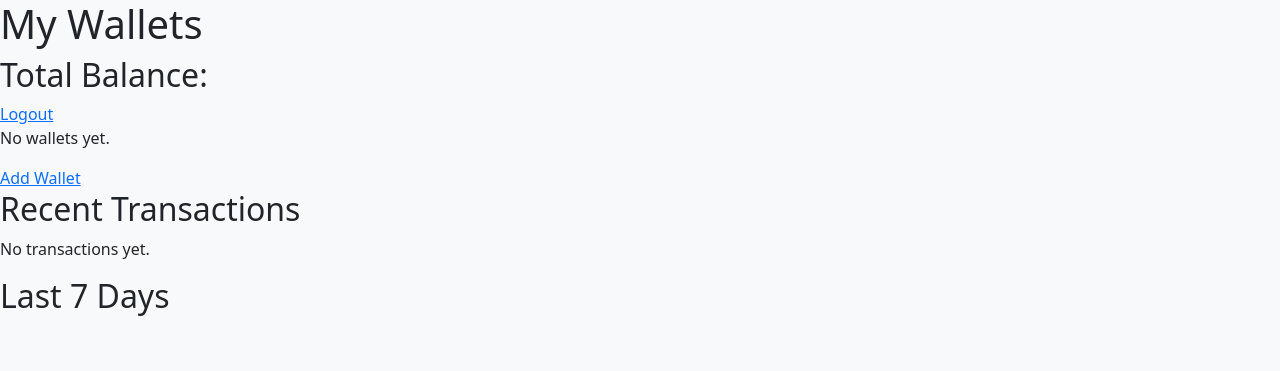
Repository: adtm0/Fined
Page: tracker/templates/tracker/base.html
These files come from the project's save history. The page is drawn as it stood at one moment and after a run of saves; the edit follows.
The browser window is 1280 px wide. The pictures show the whole page.
The template is drawn by Django 4.2. The application's start-up code is not run. The template is opened directly, without the code that normally fills it, so the values that code supplies are empty.

Above is the page before, as saved 2026-04-28 19:59:18.
Console error: SyntaxError: Unexpected token ','

After the next 3 saves:
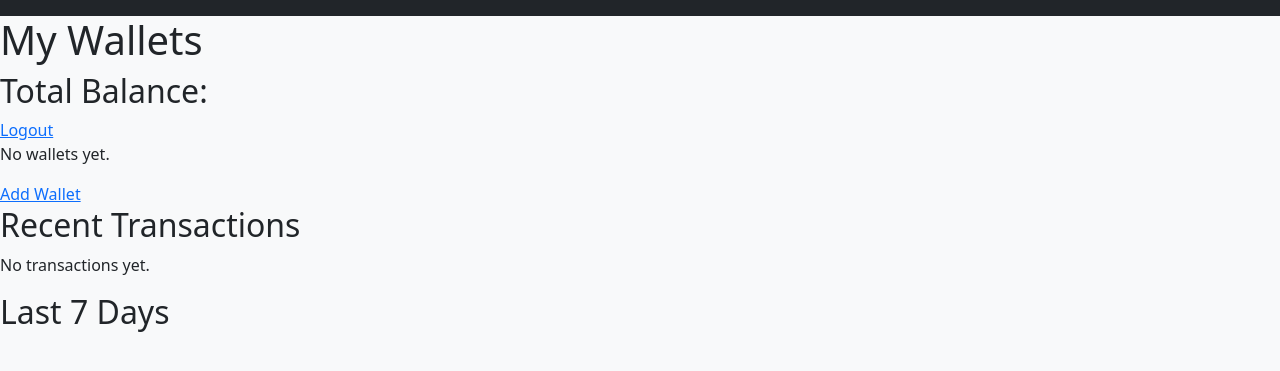
The 3 saves are shown as one change because they came seconds apart.
The last was saved 10 s later.
--- a/tracker/templates/tracker/base.html
+++ b/tracker/templates/tracker/base.html
@@ -5,7 +5,7 @@
     <link href="https://cdn.jsdelivr.net/npm/bootstrap@5.3.0/dist/css/bootstrap.min.css" rel="stylesheet">
   </head>
   <body class="bg-light">
-    <nav class="">
+    <nav class="navbar navbar-dark bg-dark">
 
     </nav>
     <h1>My Wallets</h1>
